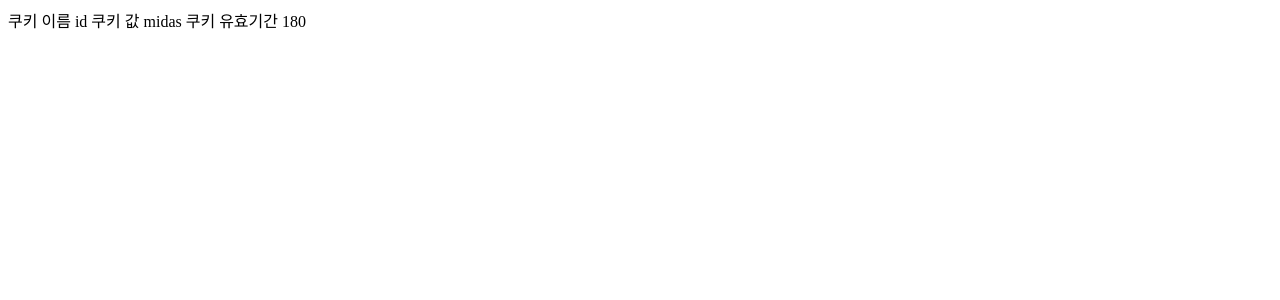
Repository: lopanghub/git_study
Page: http://localhost/JSPClassCh08/cookie/cookieCreation.jsp
These files come from the project's save history. The page is drawn as it stood at one moment and after the next save; the edit follows.
The browser window is 1280 px wide. The pictures show the whole page.
The page is served by Tomcat 9. Other server files are loaded and not shown.

Above is the page before, as saved 2024-04-15 06:14:55.

### JSPStudy/JSPClassCh08/src/main/webapp/cookie/cookieCreation.jsp
<%@ page language="java" contentType="text/html; charset=UTF-8"
    pageEncoding="UTF-8"%>
<%
	Cookie cookie = new Cookie("id", "midas");
	cookie.setMaxAge(60*3);

	response.addCookie(cookie);
	response.addCookie(new Cookie("name", "John"));
%>

<!DOCTYPE html>
<html>
<head>
<meta charset="UTF-8">
<title>Insert title here</title>
</head>
<body>
	쿠키 이름 <%=cookie.getName() %>
	쿠키 값 <%=cookie.getValue() %>
	쿠키 유효기간 <%=cookie.getMaxAge() %>
</body>
</html>

After the next save:
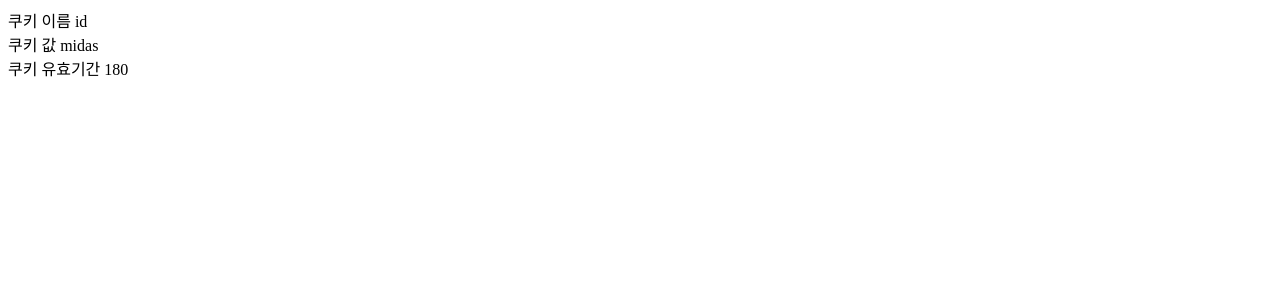
Saved 15 s later.
--- a/JSPStudy/JSPClassCh08/src/main/webapp/cookie/cookieCreation.jsp
+++ b/JSPStudy/JSPClassCh08/src/main/webapp/cookie/cookieCreation.jsp
@@ -15,8 +15,8 @@
 <title>Insert title here</title>
 </head>
 <body>
-	쿠키 이름 <%=cookie.getName() %>
-	쿠키 값 <%=cookie.getValue() %>
+	쿠키 이름 <%=cookie.getName() %><br>
+	쿠키 값 <%=cookie.getValue() %><br>
 	쿠키 유효기간 <%=cookie.getMaxAge() %>
 </body>
 </html>
